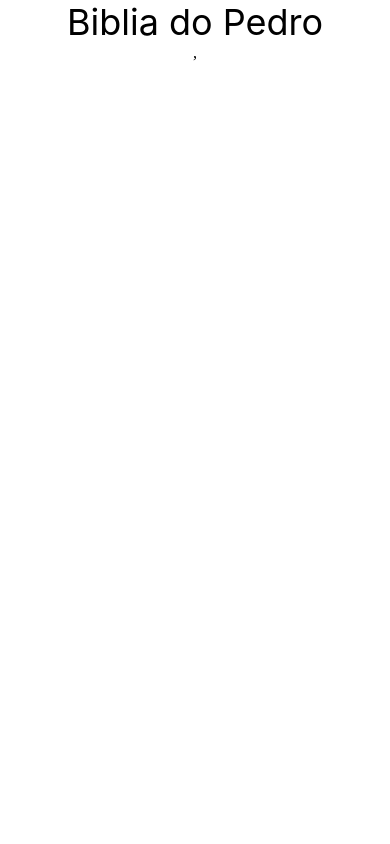
Repository: Pedroamoriminfo/Biblia_app
Screen: /
The author's editor kept a copy of each file at every save. The screen is drawn from the files as they stood at one save, then again after the next save.
The page's requests for data from a server got no answer. The app was drawn by React Native's web renderer in a window 390 px wide. The project was rebuilt for these pictures with package versions that can differ from the ones it lists, and the page was loaded fresh each time. No one was signed in, and anything a server would have sent is missing.

Above is the screen before, as saved 2024-03-08 13:33:18.

After the next save:
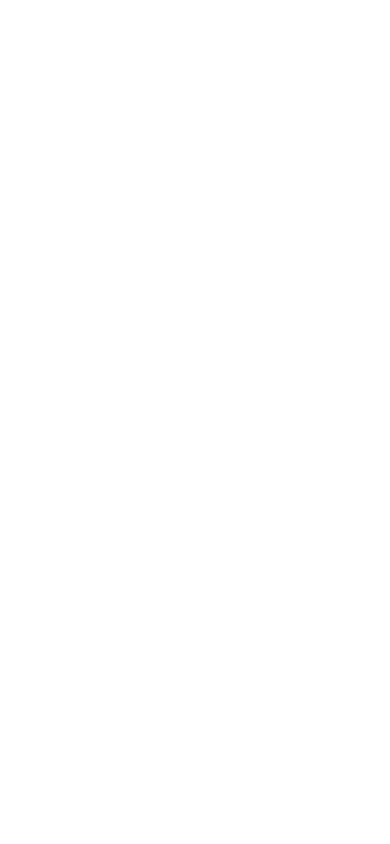
Saved 13 s later.
--- a/App.js
+++ b/App.js
@@ -26,10 +26,10 @@
 
   return (
 
-      <SafeAreaView style={styles.container}>
     <View>
       <Text style={styles.texto}>Biblia do Pedro</Text>
     </View>,
+      <SafeAreaView style={styles.container}>
       <ScrollView style={styles.scrollView}>
         {livros && livros.map(livro => (
           <View style={styles.item} key={livro.liv_id}>

After the 5 saves that followed:
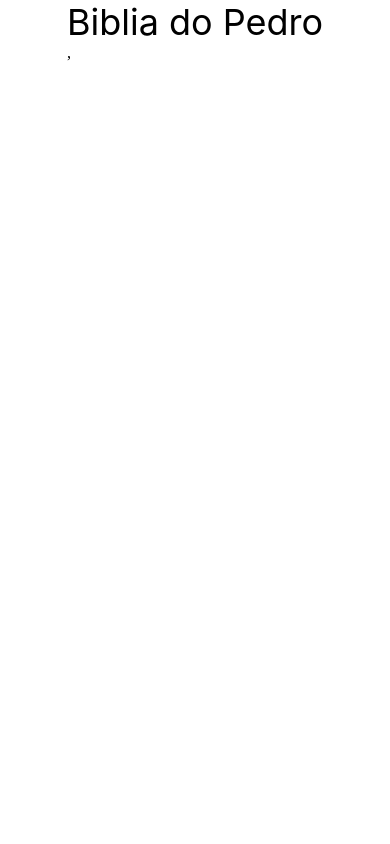
The 5 saves are shown as one change because 4 left the picture as it was.
The last was saved 94 s later.
--- a/App.js
+++ b/App.js
@@ -26,11 +26,11 @@
 
   return (
 
-    <View>
-      <Text style={styles.texto}>Biblia do Pedro</Text>
-    </View>,
-      <SafeAreaView style={styles.container}>
+    <SafeAreaView style={styles.container}>
       <ScrollView style={styles.scrollView}>
+          <View>
+            <Text style={styles.texto}>Biblia do Pedro</Text>
+          </View>,
         {livros && livros.map(livro => (
           <View style={styles.item} key={livro.liv_id}>
             <Text style={styles.texto}>{livro.liv_nome}</Text>
@@ -60,7 +60,7 @@
   },
   texto: {
     fontSize: 36,
-    alignContent:'center'
+    alignContent: 'center'
   },
   title: {
     fontSize: 32,
@@ -68,7 +68,7 @@
   scrollView: {
     backgroundColor: 'white',
     marginHorizontal: 10,
-    alignContent:'center'
+    alignContent: 'center'
   },
 });
 export default LivrosLista;
